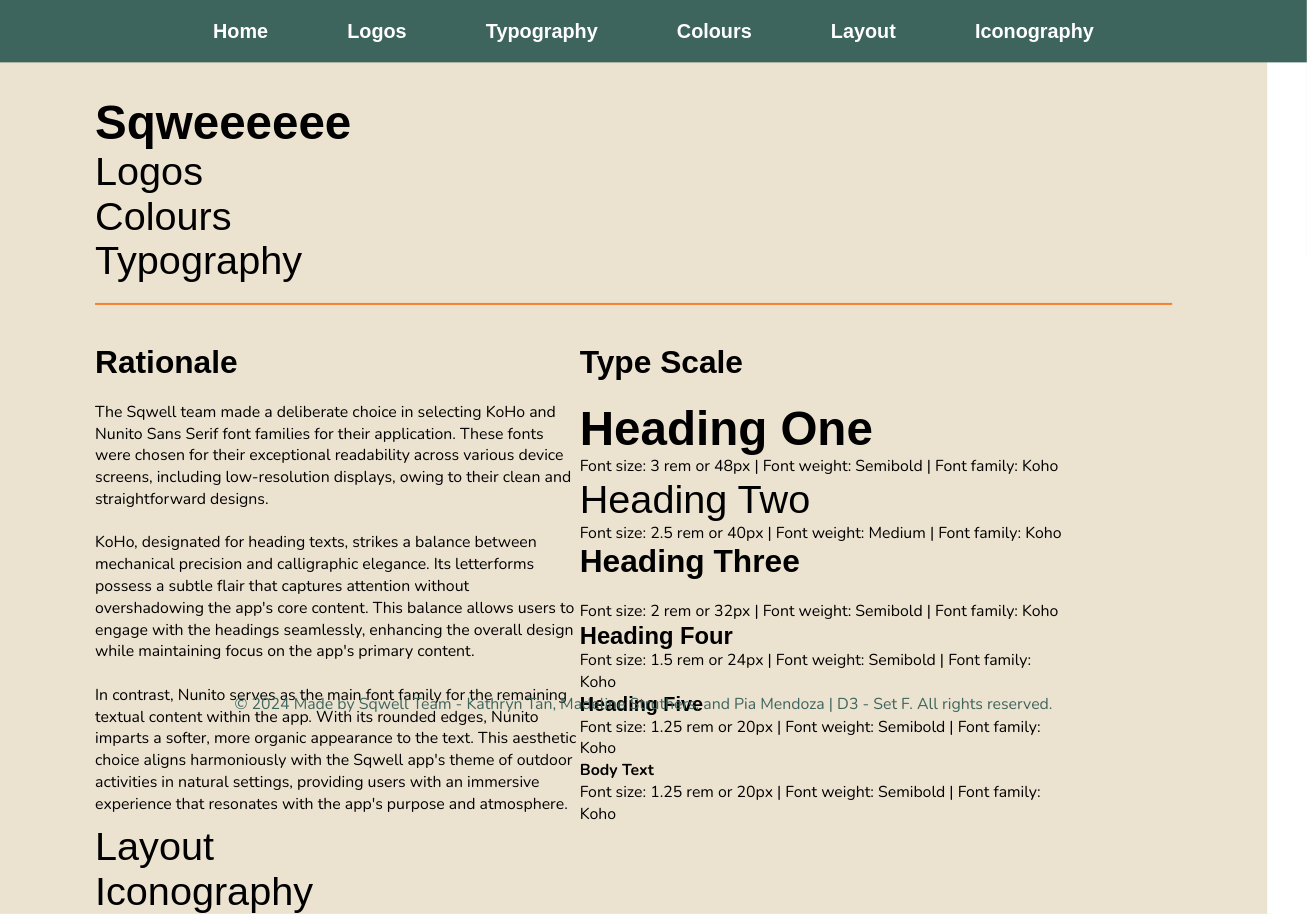
Repository: lpcmendoza/sqwell_styleguide
Page: /
An editor plug-in stored every save of this project. The page is shown before and after the next save, followed by the edit.
The browser window is 1280 px wide. The page is 1320 px wide, so the pictures cover 1320 px, including what lies to the right of the window. The pictures show the whole page, at 99% of full size.
Some web fonts or font styles are not loaded; a fallback is used. The project was rebuilt for these pictures with package versions that can differ from the ones it lists, and the page was loaded fresh each time. The framework's server and built-in components were replaced by stand-ins that run in the browser. Also part of the build but not shown: next.config.mjs.

Above is the page before, as saved 2024-04-07 18:47:15.

After the next save:
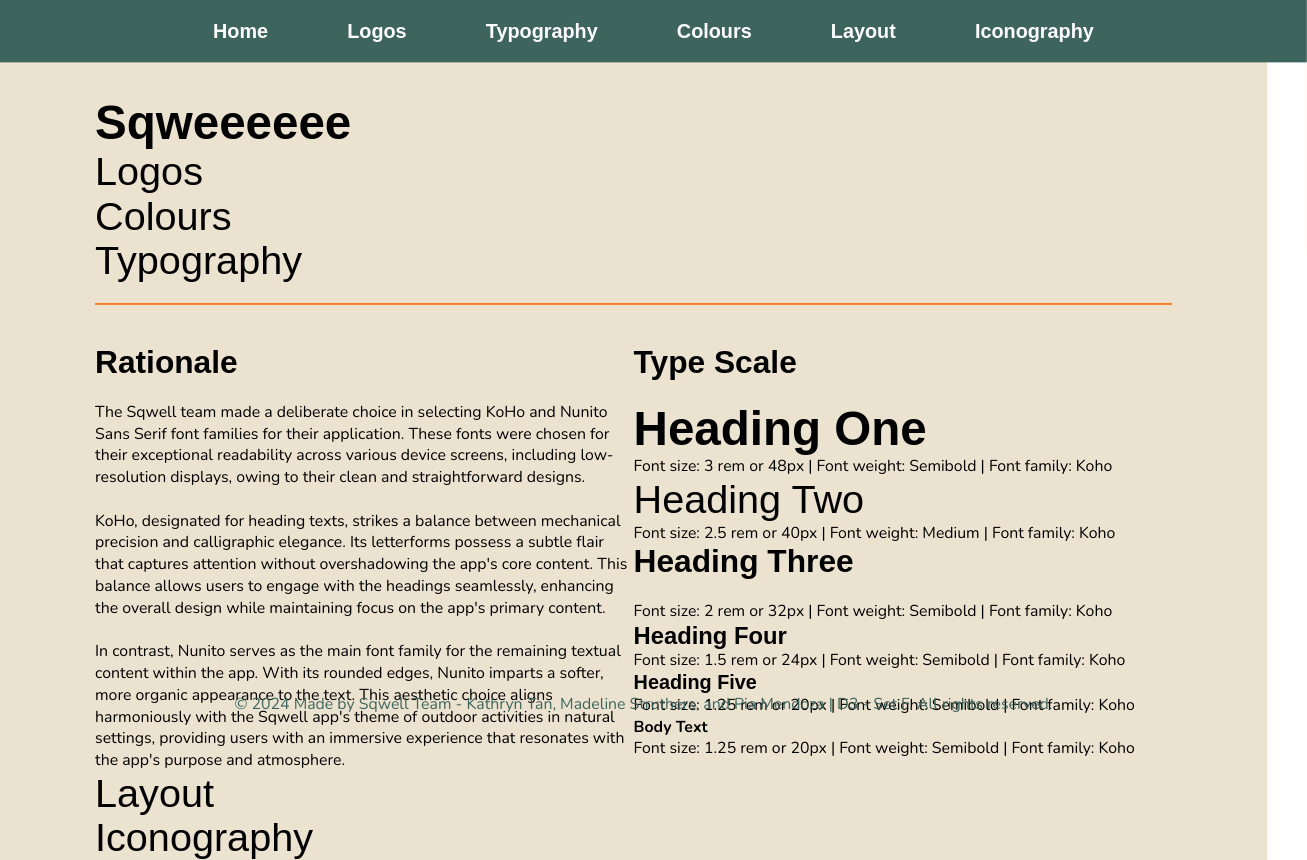
Saved 79 s later.
--- a/components/Typography/Typography.module.css
+++ b/components/Typography/Typography.module.css
@@ -12,12 +12,12 @@
 }
 
 .typscale {
-    width: 45%;
+    width: 50%;
 
 }
 
 .rationale {
-    width: 45%;
+    width: 50%;
 }
 
 .typescaleDetails h1 {
